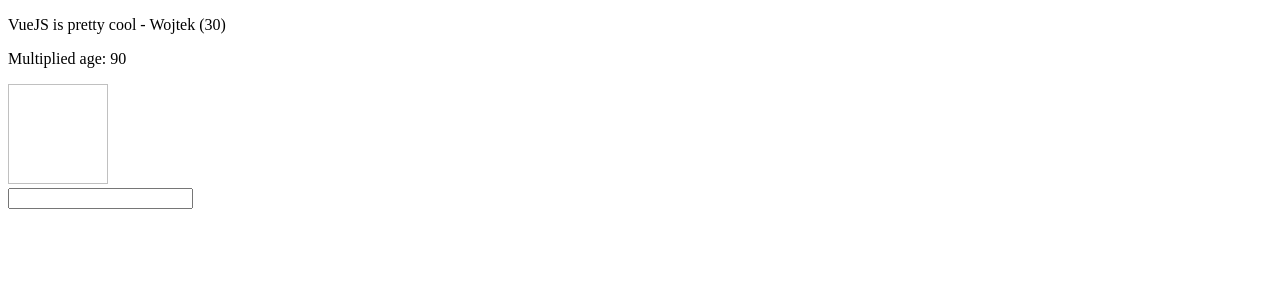
Repository: wojkos/Learn
Page: Vue/index.html
An editor plug-in stored every save of this project. The page is shown before and after the next save, followed by the edit.
The browser window is 1280 px wide. The pictures show the whole page.

Above is the page before, as saved 2018-03-29 22:23:04.

### Vue/index.html
<!DOCTYPE html>
<html lang="en">

<head>
    <meta charset="UTF-8">
    <title>Document</title>
    <script src="vue/vue.js">
    </script>
</head>

<body>
    <div id="exercise">
        <!-- 1) Fill the <p> below with your Name and Age - using Interpolation -->
        <p>VueJS is pretty cool - {{ YOUR_NAME }} ({{AGE}})</p>
        <!-- 2) Output your age, multiplied by 3 -->
        <p>Multiplied age: {{ multipliedAge() }}</p>
        <!-- 3) Call a function to output a random float between 0 and 1 (Math.random()) -->
        <p></p>
        <!-- 4) Search any image on Google and output it here by binding the "src" attribute -->
        <div>
            <img style="width:100px;height:100px">
        </div>
        <!-- 5) Pre-Populate this input with your name (set the "value" attribute) -->
        <div>
            <input type="text">
        </div>
    </div>


    <script>
        new Vue({
            el: '#exercise',
            data: {
                YOUR_NAME: 'Wojtek',
                AGE: 30
            },
            methods: {
                multipliedAge: function() {
                    return this.AGE * 3;
                }
            }
        });
    </script>
</body>

</html>

Loaded but not shown: Vue/vue/vue.js (library)

After the next save:
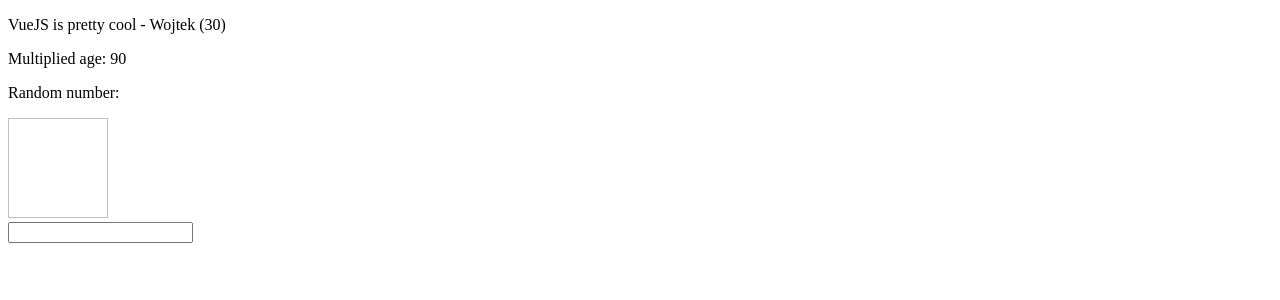
Saved 41 s later.
--- a/Vue/index.html
+++ b/Vue/index.html
@@ -15,7 +15,7 @@
         <!-- 2) Output your age, multiplied by 3 -->
         <p>Multiplied age: {{ multipliedAge() }}</p>
         <!-- 3) Call a function to output a random float between 0 and 1 (Math.random()) -->
-        <p></p>
+        <p> Random number: {{ RandomNumber }}</p>
         <!-- 4) Search any image on Google and output it here by binding the "src" attribute -->
         <div>
             <img style="width:100px;height:100px">
